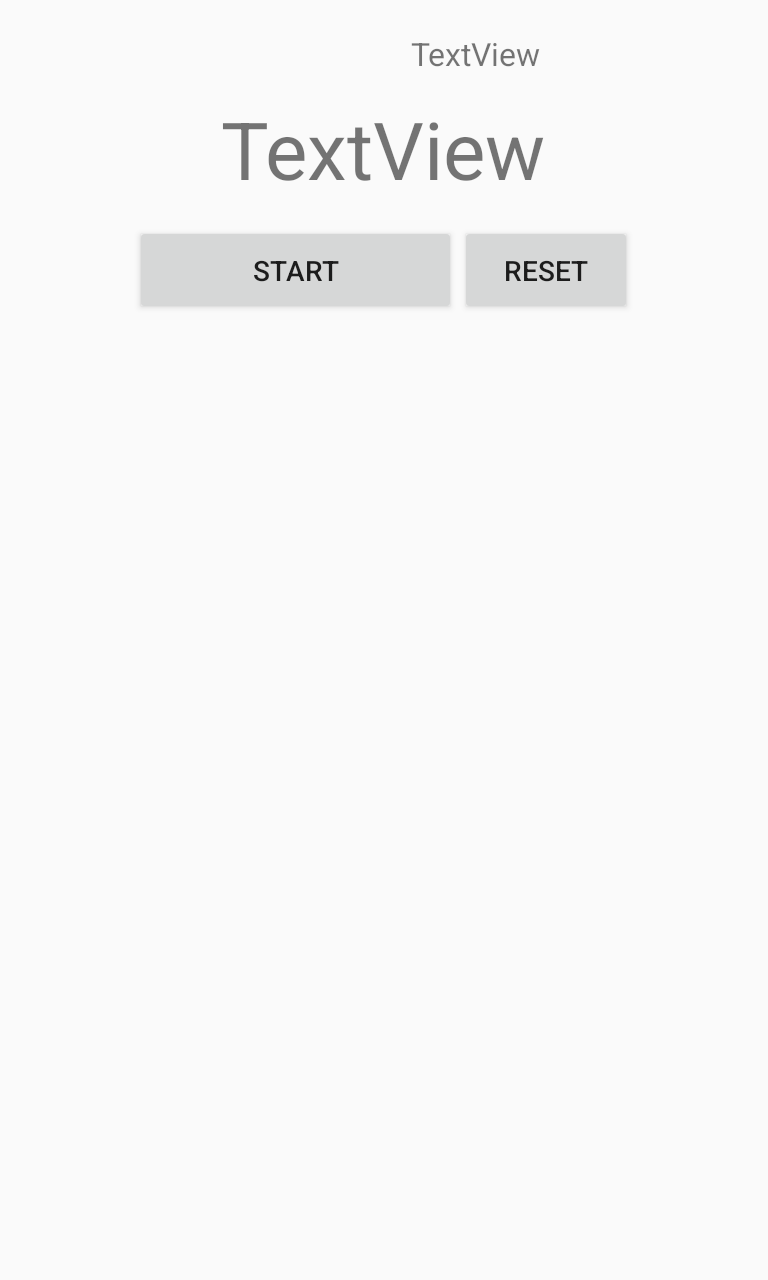
Repository: GitDidNotExitCleanly/AndroidTimer
Layout: StopWatch/res/layout/activity_main.xml
These files come from the project's save history. The layout is drawn as it stood at one moment and after the next save; the edit follows.
It is drawn on a 768 x 1280 px phone screen (xhdpi) without system bars, with theme AppTheme; the app's code is not run. Lists and similar views that code fills are empty.

Above is the layout before, as saved 2015-03-04 21:56:16.

After the next save:
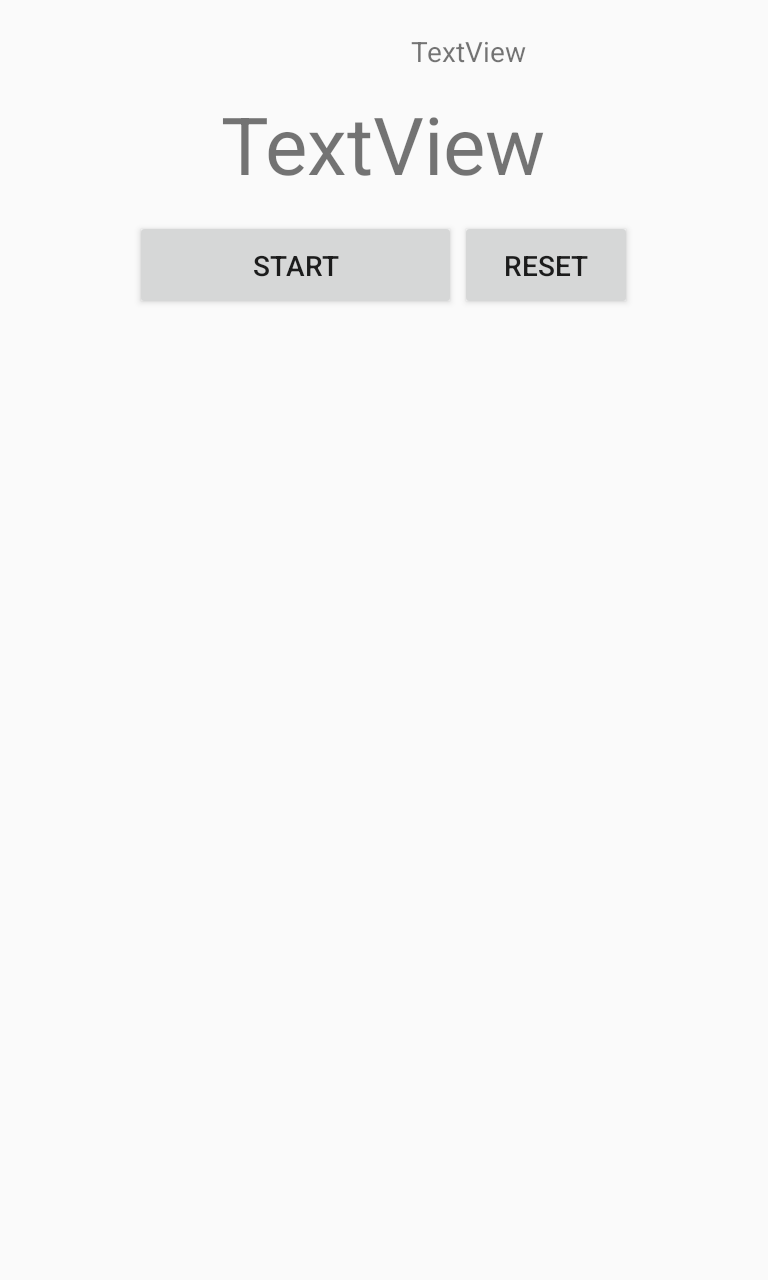
Saved 62 s later.
--- a/StopWatch/res/layout/activity_main.xml
+++ b/StopWatch/res/layout/activity_main.xml
@@ -20,14 +20,13 @@
             android:id="@+id/textView1"
             android:layout_width="wrap_content"
             android:layout_height="wrap_content"
-            android:text="TextView"
-            android:textSize="16sp" />
+            android:text="TextView" />
 
     </TableRow>
 
     <TableRow
         android:id="@+id/tableRow2"
-        android:layout_width="wrap_content"
+        android:layout_width="fill_parent"
         android:layout_height="wrap_content"
         android:layout_marginBottom="10dp"
         android:gravity="center" >
@@ -43,7 +42,7 @@
 
     <TableRow
         android:id="@+id/tableRow3"
-        android:layout_width="wrap_content"
+        android:layout_width="fill_parent"
         android:layout_height="wrap_content"
         android:layout_marginBottom="10dp"
         android:gravity="center" >
